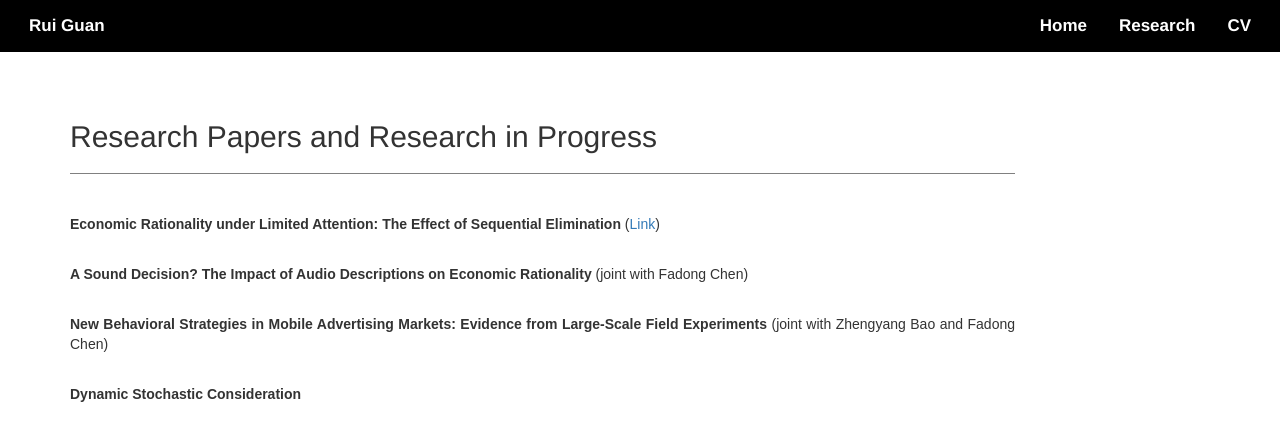
Repository: rui-guan/rui-guan.github.io
Page: research.html
The author's editor kept a copy of each file at every save. The page is drawn from the files as they stood at one save, then again after the next save.
The browser window is 1280 px wide. The pictures show the whole page.

Above is the page before, as saved 2024-04-28 15:40:11.

### research.html

<!DOCTYPE html>
<html lang="en">


  <html lang="en">
    <head>
      <title>Rui Guan</title>
      <meta charset="utf-8">
      <meta name="viewport" content="width=device-width, initial-scale=1">
      <link rel="stylesheet" href="https://maxcdn.bootstrapcdn.com/bootstrap/3.3.6/css/bootstrap.min.css">
      <script src="https://ajax.googleapis.com/ajax/libs/jquery/1.12.0/jquery.min.js"></script>
      <script src="https://maxcdn.bootstrapcdn.com/bootstrap/3.3.6/js/bootstrap.min.js"></script>
      <link href='https://fonts.googleapis.com/css?family=Oswald:700' rel='stylesheet' type='text/css'>
      <style>

        p {text-align: justify;
          font-size: 14px;
          font-family: Arial, Helvetica, sans-serif;
        }


        nav{
    display: flex;
    position: fixed;
    top:0;
    width: 100%;
    background-color: black;
    overflow: auto;
    height: auto;
    padding-left: 15px;
    padding-right: 15px;
  }
  .left-links{
    flex:1 1 200px;
  }
  .links {
    display: inline-block;
    text-align: center;
    padding: 14px;
    color: white;
    text-decoration: none;
    font-size: 17px;
    font-weight: bolder;
  }
  .links:hover {
    color: white;
  }
  .selected{
    color: white;
  }

        </style>
    </head>
    <body>

    <!-- Navigation -->
<!-- Navigation -->
<nav>
  <div class="left-links">
    <a class="links"  href="index.html">Rui Guan</a>

  </div>
  <div class="right-links">

  <a class="links"  href="index.html">Home</a>
   <a class="links"  href="research.html">Research</a>
   <a class="links" href="./asset/cv.pdf">CV</a>
  </div>
  </nav>
  <!-- Page Content -->

  <br>
  <br>
  <br>
  <br>
  <br>

    <!-- Page Content -->
    <div class="container">

        <div class="row">
            <div class="col-md-10" style="height">
                <h2 id="slides">Research Papers and Research in Progress</h2>
                <hr style="height:1px;border-width:0;color:gray;background-color:gray">
                <br>
                <p>
                  <strong>Economic Rationality under Limited Attention: The Effect of Sequential Elimination</strong> (<a href="./paper/ERuLA.pdf">Link</a>)
                </p>
                <br>
                <p>
                  <strong>A Sound Decision? The Impact of Audio Descriptions on Economic Rationality </strong> (joint with Fadong Chen)
                </p>
                <br>
                <p>
                  <strong>New Behavioral Strategies in Mobile Advertising Markets: Evidence from Large-Scale Field Experiments </strong> (joint with Zhengyang Bao and Fadong Chen)
                </p>
                <br>
                <p>
                  <strong>Dynamic Stochastic Consideration</strong>
                </p>
                <br>
                <br>
                <br>
          </div>
        </div>

    </div>
    <!-- /.container -->

</body>

</html>

After the next save:
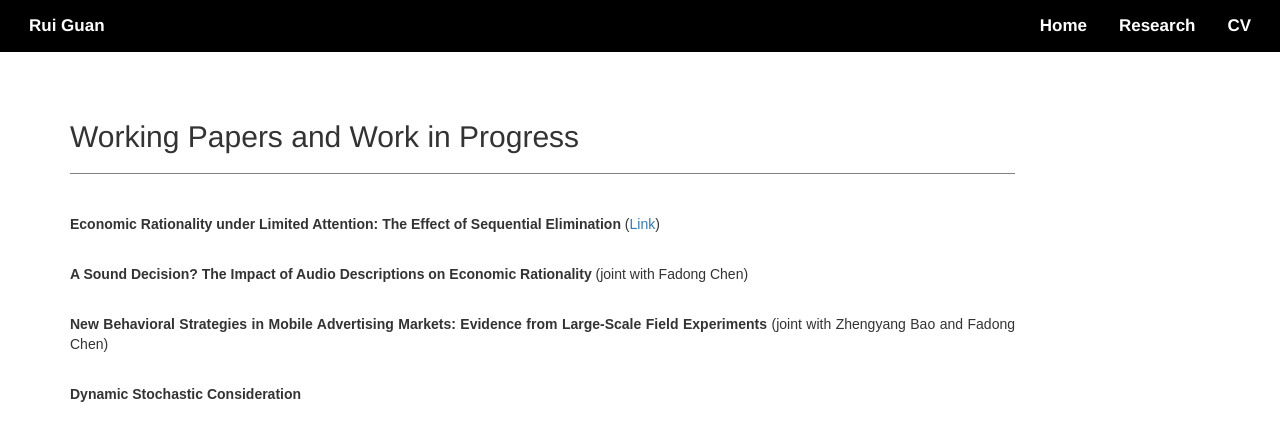
Saved 54 s later.
--- a/research.html
+++ b/research.html
@@ -81,7 +81,7 @@
 
         <div class="row">
             <div class="col-md-10" style="height">
-                <h2 id="slides">Research Papers and Research in Progress</h2>
+                <h2 id="slides">Working Papers and Work in Progress</h2>
                 <hr style="height:1px;border-width:0;color:gray;background-color:gray">
                 <br>
                 <p>
